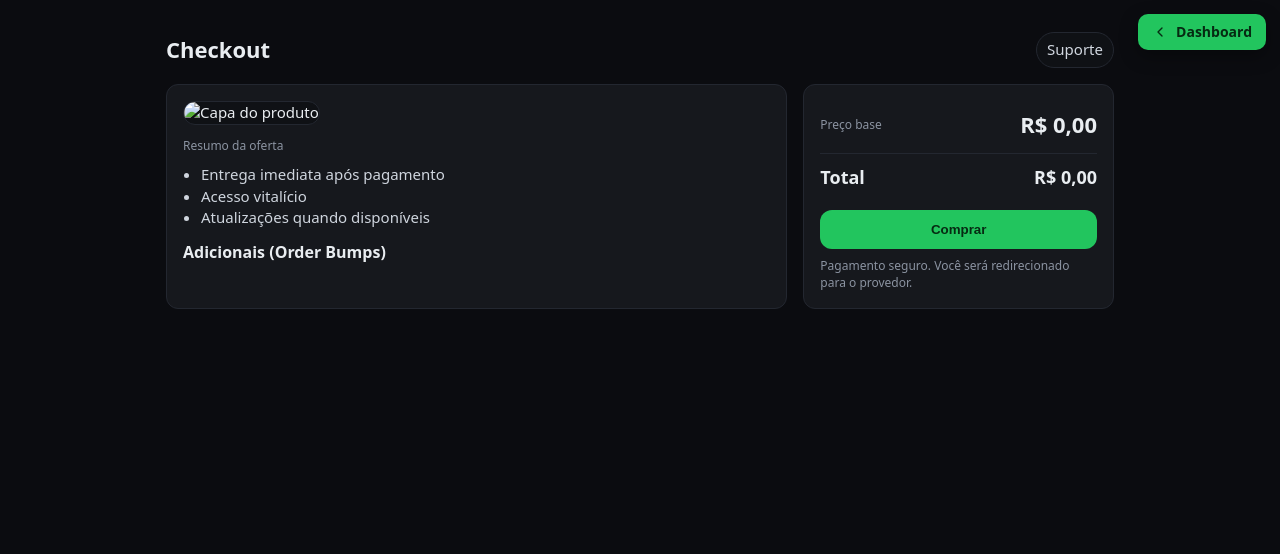
Repository: Rob-son-prog/hiveloja-whatsapp
Page: checkout/index.html
The author's editor kept a copy of each file at every save. The page is drawn from the files as they stood at one save, then again after the next save.
The browser window is 1280 px wide. The pictures show the whole page.
The page's requests for data from a server got no answer.

Above is the page before, as saved 2025-10-11 10:33:22.

### checkout/index.html
<!doctype html>
<html lang="pt-BR">
<head>
  <meta charset="utf-8" />
  <meta name="viewport" content="width=device-width,initial-scale=1" />
  <title>Checkout</title>
  <style>
    :root{--bg:#0b0c10;--card:#16181d;--muted:#8b93a1;--txt:#e9edf1;--acc:#22c55e;--bd:#232730;}
    *{box-sizing:border-box}
    body{margin:0;font:15px/1.45 system-ui,-apple-system,Segoe UI,Roboto,Arial;background:var(--bg);color:var(--txt)}
    .wrap{max-width:980px;margin:32px auto;padding:0 16px}
    .head{display:flex;justify-content:space-between;align-items:center;margin-bottom:16px}
    .tabs{display:flex;gap:8px;flex-wrap:wrap}
    .tab{border:1px solid var(--bd);background:#0f1115;color:var(--txt);padding:8px 12px;border-radius:10px;cursor:pointer}
    .tab.active{background:var(--acc);color:#092b14;font-weight:700;border-color:#15803d}
    .grid{display:grid;grid-template-columns:2fr 1fr;gap:16px}
    .card{background:var(--card);border:1px solid var(--bd);border-radius:12px;padding:16px}
    .img{width:100%;height:280px;border-radius:12px;object-fit:cover;border:1px solid var(--bd);background:#0f1115}
    h1{font-size:22px;margin:0}
    h2{font-size:16px;margin:0 0 10px}
    .muted{color:var(--muted);font-size:12px}
    .price{font-size:22px;font-weight:800}
    .row{display:flex;justify-content:space-between;align-items:center;margin:8px 0}
    .total{font-size:18px;font-weight:800}
    .btn{appearance:none;border:0;border-radius:12px;padding:12px 16px;cursor:pointer;font-weight:700;width:100%}
    .btn-buy{background:var(--acc);color:#062a12}
    .badge{display:inline-flex;gap:6px;align-items:center;background:#0f1115;border:1px solid var(--bd);padding:6px 10px;border-radius:999px;color:#d1d7e0}
    .list{margin:10px 0 0;padding:0 0 0 18px;color:#cfd5de}
    @media (max-width:880px){.grid{grid-template-columns:1fr}}

    /* order bumps com imagem */
    .bump{display:flex;gap:10px;align-items:flex-start;border:1px dashed #2b313b;padding:10px;border-radius:10px;margin-bottom:10px;background:#0f1115}
    .bump input{margin-top:2px}
    .bump-img{width:56px;height:56px;border-radius:10px;object-fit:cover;border:1px solid var(--bd);background:#0f1115}
    .bump-body{display:flex;flex-direction:column;gap:2px}

    .backdash {
    position: fixed;
    top: 14px;
    right: 14px; /* troque para left:14px se preferir no canto esquerdo */
    z-index: 9999;
    background: #22c55e;
    color: #062a12;
    font: 600 14px/1.1 system-ui,-apple-system,Segoe UI,Roboto,Arial;
    padding: 10px 14px;
    border-radius: 10px;
    text-decoration: none;
    box-shadow: 0 6px 18px rgba(0,0,0,.35);
    border: 0;
    transition: transform .06s ease, filter .2s ease;
    display: inline-flex; align-items: center; gap: 8px;
  }
  .backdash:hover { transform: translateY(-1px); filter: brightness(1.05); }
  .backdash:active { transform: translateY(0); }
  .backdash svg { width: 16px; height: 16px; }
  </style>
</head>
<body>

  <a href="/admin/dashboard.html" class="backdash" title="Voltar ao Dashboard">
  <svg viewBox="0 0 24 24" fill="none" stroke="currentColor" stroke-width="2"
       stroke-linecap="round" stroke-linejoin="round" aria-hidden="true">
    <path d="M15 18l-6-6 6-6"/>
  </svg>
  Dashboard
</a>

  <div class="wrap">
    <div class="head">
      <h1>Checkout</h1>
      <span class="badge" id="supportBadge">Suporte</span>
    </div>

    <div class="tabs" id="tabs"></div>

    <div class="grid">
      <!-- COL ESQ: produto -->
      <div class="card">
        <img id="cover" class="img" alt="Capa do produto" />
        <h2 id="title" style="margin-top:12px"></h2>
        <div class="muted">Resumo da oferta</div>
        <ul class="list" id="summaryList">
          <li>Entrega imediata após pagamento</li>
          <li>Acesso vitalício</li>
          <li>Atualizações quando disponíveis</li>
        </ul>

        <div style="height:12px"></div>
        <h2>Adicionais (Order Bumps)</h2>
        <div id="bumps"></div>
      </div>

      <!-- COL DIR: preço + comprar -->
      <div class="card">
        <div class="row">
          <div class="muted">Preço base</div>
          <div id="basePrice" class="price">R$ 0,00</div>
        </div>

        <div id="bumpLines"></div>

        <div class="row" style="border-top:1px solid var(--bd);padding-top:10px;margin-top:12px">
          <div class="total">Total</div>
          <div id="total" class="total">R$ 0,00</div>
        </div>

        <div style="height:12px"></div>
        <button class="btn btn-buy" id="buyBtn">Comprar</button>
        <div class="muted" style="margin-top:8px">Pagamento seguro. Você será redirecionado para o provedor.</div>
      </div>
    </div>
  </div>

  <script>
  // ------- helpers -------
  const parseBRL = (s='')=>{
    s = (s+'').replace(/\s/g,'').replace(/[R$\s]/gi,'').replace(/\./g,'').replace(',', '.');
    const n = Number(s);
    return isFinite(n) ? n : 0;
  };
  const fmtBRL = (n)=> n.toLocaleString('pt-BR',{style:'currency',currency:'BRL'});
  const makeOrderId = ()=> 'ORD-' + Date.now().toString(36).toUpperCase().slice(-6);
  const el= (id)=>document.getElementById(id);

  // ------- estado -------
  let CONFIG=null;
  let cur='A'; // produto selecionado

  async function loadConfig(){
    // 1) lê ?product=A|B e define a aba inicial
    const q = new URLSearchParams(location.search);
    const p = (q.get('product') || 'A').toUpperCase();
    cur = (p === 'B') ? 'B' : 'A';

    // 2) busca config
    const r = await fetch('/config',{cache:'no-store'});
    CONFIG = await r.json();

    // 3) monta tabs
    const tabs = el('tabs');
    const aLabel = CONFIG?.produtoA?.rotulo || 'Produto A';
    const bLabel = CONFIG?.produtoB?.rotulo || 'Produto B';
    tabs.innerHTML = `
      <button class="tab" data-k="A">${aLabel}</button>
      <button class="tab" data-k="B">${bLabel}</button>
    `;
    // ativa a tab vinda da URL
    [...tabs.children].forEach(x => x.classList.toggle('active', x.dataset.k === cur));

    tabs.onclick = (ev)=>{
      const b = ev.target.closest('.tab'); if(!b) return;
      cur = b.dataset.k;
      [...tabs.children].forEach(x=>x.classList.remove('active'));
      b.classList.add('active');
      renderProduct();
    };

    // 4) badge suporte
    el('supportBadge').textContent = (CONFIG.whatsapp_suporte || 'Suporte');

    // 5) render inicial
    renderProduct();
  }

  function getProd(){
    return cur==='A' ? (CONFIG?.produtoA || {}) : (CONFIG?.produtoB || {});
  }

  function renderProduct(){
    const p = getProd();

    // imagem + título
    el('cover').src = p.cover_url || '';
    el('title').textContent = p.titulo || `Produto ${cur}`;

    // preço base
    el('basePrice').textContent = p.preco || 'R$ 0,00';

    // bumps (com imagem opcional)
    const host = el('bumps');
    host.innerHTML = '';
    const lines = el('bumpLines');
    lines.innerHTML = '';

    const bumps = Array.isArray(p.bumps) ? p.bumps.slice(0,3) : [];
    bumps.forEach(b=>{
      const id = `bump_${b.id || Math.random().toString(36).slice(2)}`;
      const row = document.createElement('label');
      row.className = 'bump';
      row.innerHTML = `
        <input type="checkbox" id="${id}" data-id="${b.id || id}" data-preco="${b.preco||''}">
        ${b.img_url ? `<img class="bump-img" src="${b.img_url}" alt="">` : ''}
        <div class="bump-body">
          <div><strong>${b.titulo || 'Adicional'}</strong></div>
          <div class="muted">${b.preco || ''}</div>
        </div>
      `;
      host.appendChild(row);
    });

    // total
    calcTotal();
    host.onchange = calcTotal;

    // comprar
    const btn = el('buyBtn');
    if (btn) btn.onclick = onBuy;
  }

  function calcTotal(){
    const p = getProd();
    let total = parseBRL(p.preco || '0');
    const bumps = Array.from(el('bumps').querySelectorAll('input[type=checkbox]'));
    const lines = el('bumpLines');
    lines.innerHTML = '';
    bumps.forEach(chk=>{
      if(chk.checked){
        const price = parseBRL(chk.dataset.preco||'0');
        total += price;
        // pega o título dentro da .bump-body (funciona com ou sem imagem)
        const titleEl = chk.parentElement.querySelector('.bump-body strong');
        const title = titleEl ? titleEl.textContent : 'Adicional';
        const line = document.createElement('div');
        line.className='row';
        line.innerHTML = `<div class="muted">+ ${title}</div>
                          <div>${chk.dataset.preco || ''}</div>`;
        lines.appendChild(line);
      }
    });
    el('total').textContent = fmtBRL(total);
  }

  function onBuy(){
    const orderId = makeOrderId();
    // sempre vai para a rota do MP do produto selecionado
    let url = `/mp/checkout?product=${cur}&orderId=${orderId}`;

    // flags de bumps
    const bumps = Array.from(el('bumps').querySelectorAll('input[type=checkbox]'));
    const params = new URLSearchParams();
    bumps.forEach(chk => params.set(chk.dataset.id, chk.checked ? '1' : '0'));

    // anexa query
    const glue = url.includes('?') ? '&' : '?';
    url = url + glue + params.toString();

    // >>> NOVO: logar clique de checkout antes do redirect
    const payload = { orderId, productKey: cur };
    try {
      if (navigator.sendBeacon) {
        navigator.sendBeacon('/analytics/checkout-click', new Blob([JSON.stringify(payload)], { type:'application/json' }));
      } else {
        // fallback
        fetch('/analytics/checkout-click', {
          method:'POST',
          headers:{'Content-Type':'application/json'},
          body: JSON.stringify(payload),
          keepalive: true
        }).catch(()=>{});
      }
    } catch(e) { /* ignora qualquer erro de log */ }
    // <<< NOVO

    window.location.href = url;
  }

  loadConfig().catch(err=>{
    console.error(err);
    alert('Falha ao carregar configurações.');
  });
</script>

</body>
</html>

After the next save:
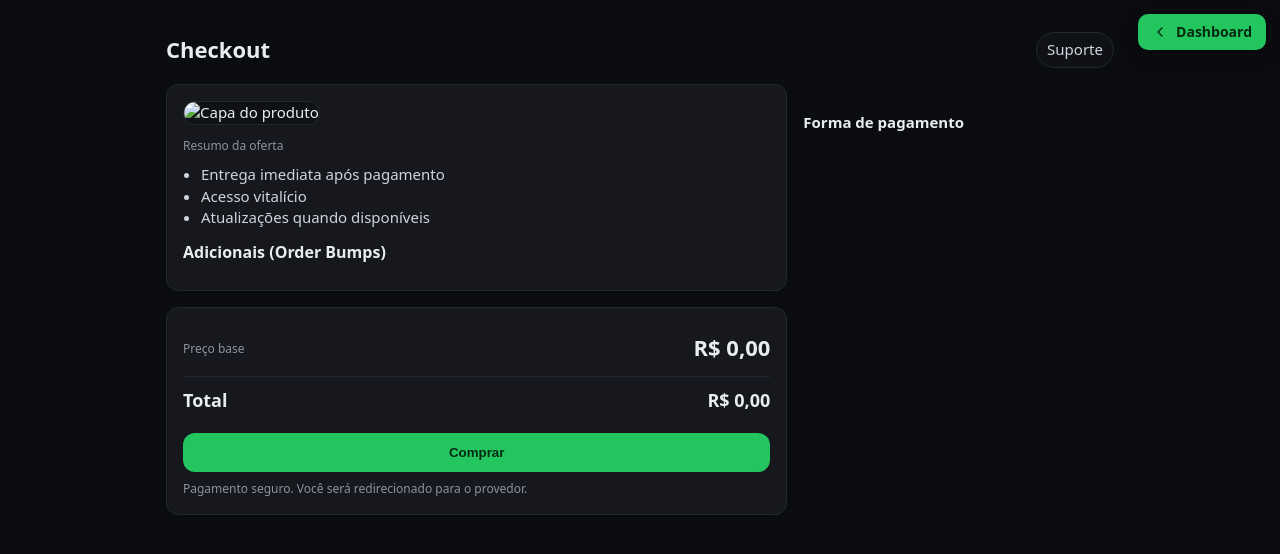
Saved 4 min 6 s later.
--- a/checkout/index.html
+++ b/checkout/index.html
@@ -54,6 +54,8 @@
   .backdash:active { transform: translateY(0); }
   .backdash svg { width: 16px; height: 16px; }
   </style>
+  <script src="https://sdk.mercadopago.com/js/v2"></script>
+
 </head>
 <body>
 
@@ -89,6 +91,12 @@
         <h2>Adicionais (Order Bumps)</h2>
         <div id="bumps"></div>
       </div>
+      <!-- ... seus bumps ... -->
+<div id="paymentArea" style="margin-top:16px;">
+  <h4 style="margin:12px 0 8px;">Forma de pagamento</h4>
+  <div id="paymentBrick_container"></div>
+</div>
+
 
       <!-- COL DIR: preço + comprar -->
       <div class="card">
